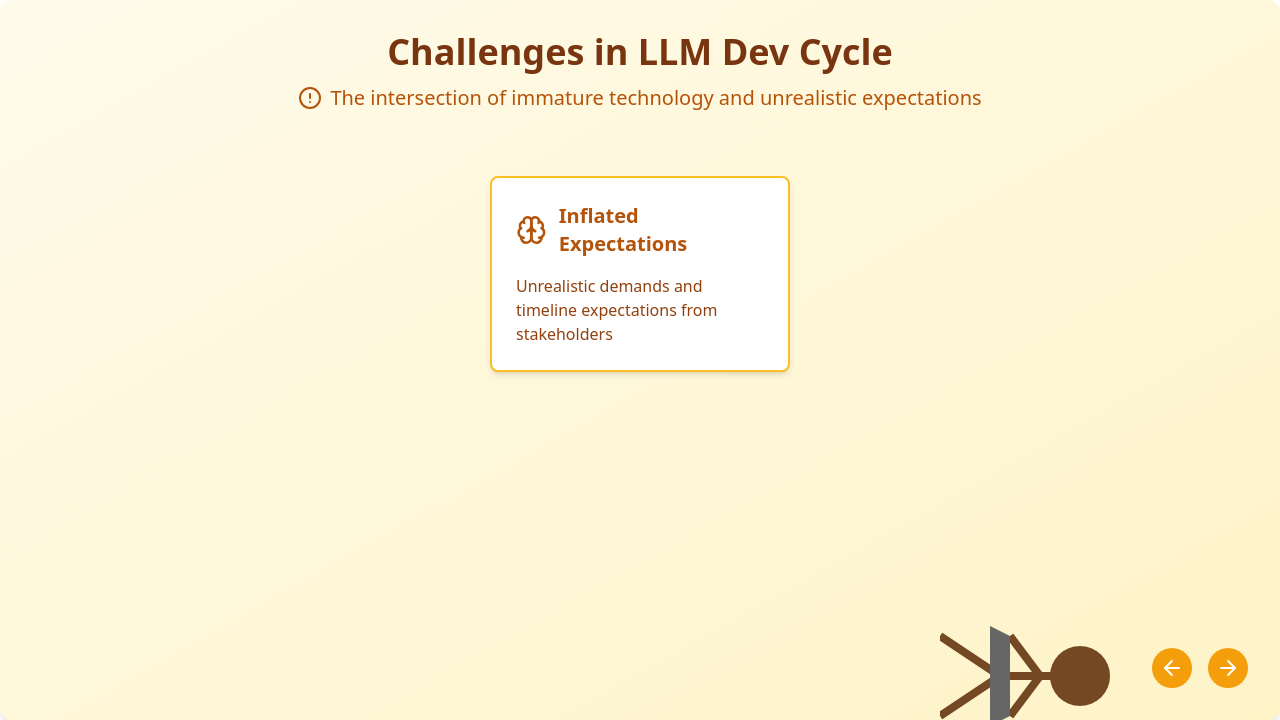
Repository: Galbaz1/dell_presentation
Page: /slide2
The author's editor kept a copy of each file at every save. The page is drawn from the files as they stood at one save, then again after a run of saves.
The browser window is 1280 px wide. The pictures show the whole page.
The project was rebuilt for these pictures with package versions that can differ from the ones it lists, and the page was loaded fresh each time. The framework's server and built-in components were replaced by stand-ins that run in the browser. Also part of the build but not shown: styles/animations/slide1.css, styles/animations/slide2.css.

Above is the page before, as saved 2024-11-11 16:08:55.

After the next 4 saves:
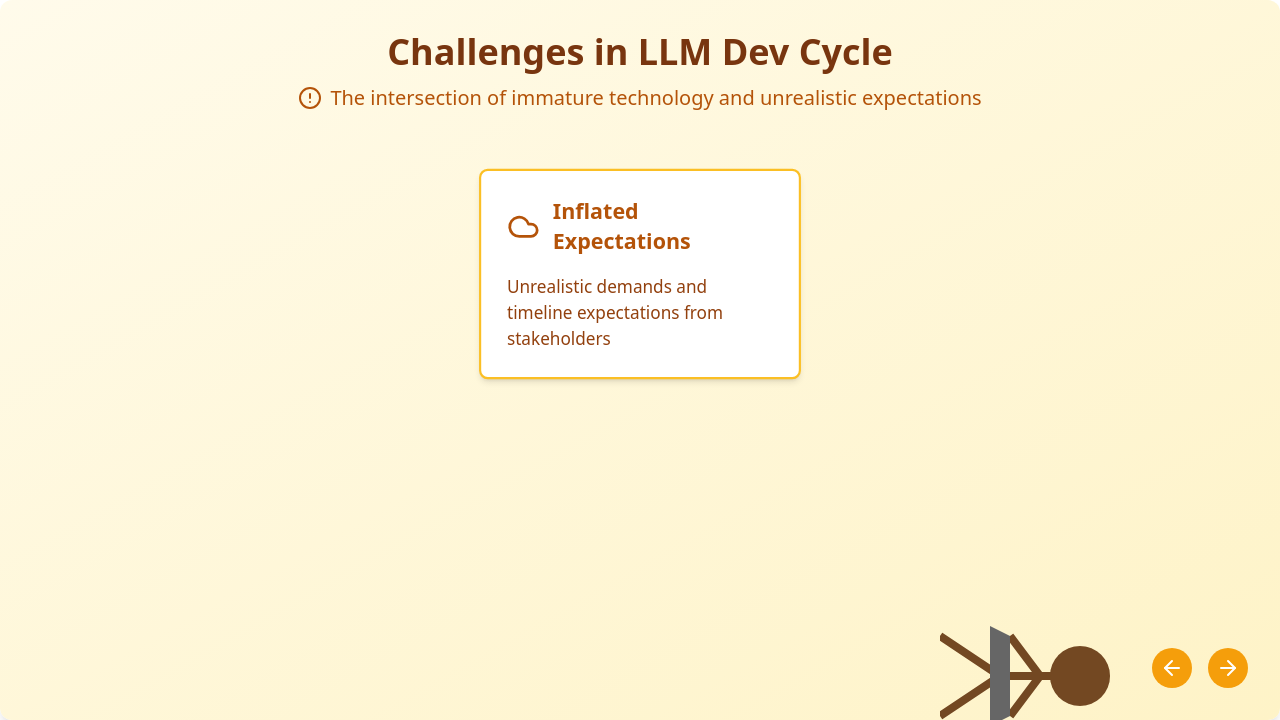
The 4 saves are shown as one change because 2 did not build or start and some came seconds apart.
The last was saved 4 min 0 s later.
--- a/pages/slide2.tsx
+++ b/pages/slide2.tsx
@@ -1,5 +1,5 @@
 import React from 'react';
-import { ArrowRight, ArrowLeft, AlertCircle, Brain } from 'lucide-react';
+import { ArrowRight, ArrowLeft, AlertCircle, Cloud } from 'lucide-react';
 import Link from 'next/link';
 
 const Slide2: React.FC = () => {
@@ -45,7 +45,7 @@ const Slide2: React.FC = () => {
         >
           <div className="bg-white p-6 rounded-lg shadow-md border-2 border-amber-400">
             <div className="flex items-center mb-4 text-amber-700">
-              <Brain className="w-8 h-8" />
+              <Cloud className="w-8 h-8" />
               <h3 className="text-xl font-semibold ml-3">Inflated Expectations</h3>
             </div>
             <p className="text-amber-800">
--- a/styles/globals.css
+++ b/styles/globals.css
@@ -35,8 +35,21 @@
   }
 }
 
+@keyframes pulsate {
+  0%, 100% {
+    transform: translateY(0%) translateX(-50%) scale(1);
+  }
+  50% {
+    transform: translateY(0%) translateX(-50%) scale(1.1);
+  }
+  75% {
+    transform: translateY(0%) translateX(-50%) scale(1.06);
+  }
+}
+
 .animate-fall-bounce {
-  animation: fallAndBounce 3s cubic-bezier(0.4, 0, 0.2, 1) forwards;
+  animation: fallAndBounce 3s cubic-bezier(0.4, 0, 0.2, 1) forwards,
+             pulsate 1.5s ease-in-out 5s 10 forwards;
 }
 
 .animate-developer-fall {
